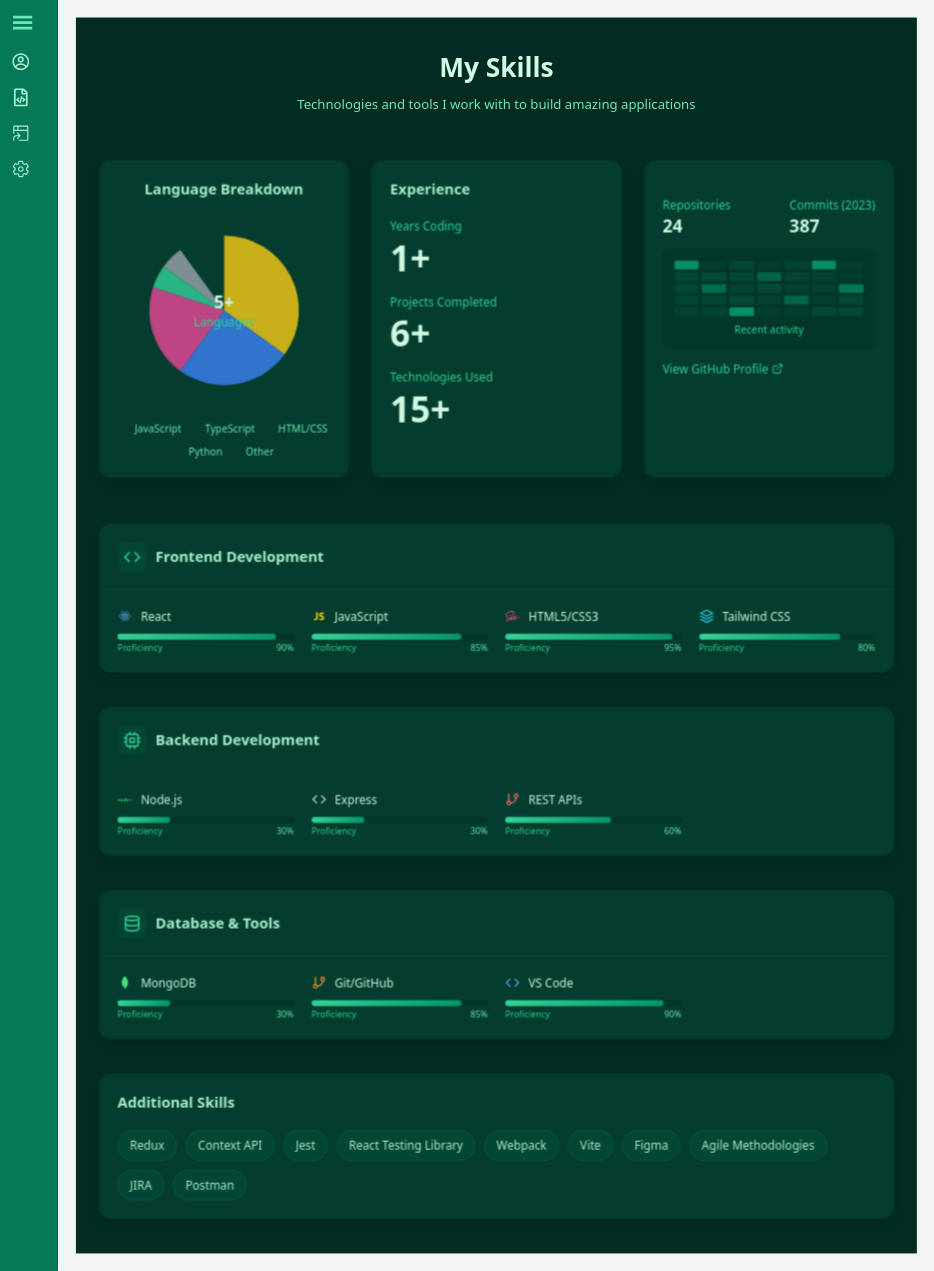
Repository: alizey12/DevLinker-Developer-Portfolio-Builder
Page: /dashboard/skills
An editor plug-in stored every save of this project. The page is shown before and after the next save, followed by the edit.
The browser window is 1280 px wide. The pictures show the whole page, at 73% of full size.
The project was rebuilt for these pictures with package versions that can differ from the ones it lists, and the page was loaded fresh each time. Also part of the build but not shown: vite.config.js, src/Pages/Login.jsx, src/Pages/Signup.jsx, src/Pages/Portfolio.jsx, src/Pages/Page404.jsx, src/Pages/Dashboard/Profile.jsx, src/Pages/Dashboard/Project.jsx, src/Pages/Dashboard/Setting.jsx and 1 more.

Above is the page before, as saved 2025-06-30 21:46:39.

### src/main.jsx
import { StrictMode } from 'react'

import { createRoot } from 'react-dom/client'
import './index.css'
import App from './App.jsx'
import { BrowserRouter } from 'react-router'

createRoot(document.getElementById('root')).render(
  <StrictMode>
  <BrowserRouter>
    <App />
    </BrowserRouter>
  </StrictMode>,
)

### src/App.jsx
import AppRoutes from "./Routes/AppRoutes";

function App() {
  return (
    <>
<AppRoutes />
    </>
  )
}

export default App

### src/Routes/AppRoutes.jsx
import React from 'react';
import { Routes, Route } from 'react-router';

import DashboardLayout from '../Components/Layout/DashboardLayout';
import Login from '../Pages/Login';
import Signup from '../Pages/Signup';
import Portfolio from '../Pages/Portfolio';
import Page404 from "../Pages/Page404";

import Profile from '../Pages/Dashboard/Profile';
import Skills from '../Pages/Dashboard/Skills';
import Projects from '../Pages/Dashboard/Project';
import Settings from '../Pages/Dashboard/Setting';
import Home from '../Pages/Home';

const AppRoutes = () => {
  return (
    <Routes>
      {/* Public Routes */}
      <Route path='/' element={<Home />} />
      <Route path='/login' element={<Login />} />
      <Route path='/signup' element={<Signup />} />
      <Route path='/portfolio/:username' element={<Portfolio />} />

      {/* Dashboard Routes */}
      <Route path='/dashboard' element={<DashboardLayout />}>
        <Route path="profile" element={<Profile />} />
        <Route path="skills" element={<Skills />} />
        <Route path="projects" element={<Projects />} />
        <Route path="settings" element={<Settings />} />
      </Route>

      {/* 404 Page */}
      <Route path='*' element={<Page404 />} />
    </Routes>
  );
};

export default AppRoutes;

### src/Components/Layout/DashboardLayout.jsx
import React from 'react'
import { Outlet } from 'react-router'
import Sidebar from '../Sidebar'

const DashboardLayout = () => {
  return (
    <div className="flex min-h-screen">
      {/* Sidebar on the left */}
      <Sidebar />

      {/* Main content */}
      <main className="flex-1 p-6 bg-gray-100">
        <Outlet />
      </main>
    </div>
  )
}

export default DashboardLayout

### src/Pages/Dashboard/Skills.jsx
import React from 'react';
import { FiCode, FiCpu, FiDatabase,FiExternalLink, FiLayers, FiGitBranch } from 'react-icons/fi';
import { DiReact, DiJavascript1, DiNodejs, DiMongodb, DiSass } from 'react-icons/di';

const Skills = () => {
  // Skill categories data
  const skillCategories = [
    {
      title: "Frontend Development",
      icon: <FiCode className="text-emerald-400" size={24} />,
      skills: [
        { name: "React", level: 90, icon: <DiReact className="text-blue-400" /> },
        { name: "JavaScript", level: 85, icon: <DiJavascript1 className="text-yellow-400" /> },
        { name: "HTML5/CSS3", level: 95, icon: <DiSass className="text-pink-500" /> },
        { name: "Tailwind CSS", level: 80, icon: <FiLayers className="text-cyan-400" /> }
      ]
    },
    {
      title: "Backend Development",
      icon: <FiCpu className="text-emerald-400" size={24} />,
      skills: [
        { name: "Node.js", level: 30, icon: <DiNodejs className="text-green-500" /> },
        { name: "Express", level: 30, icon: <FiCode className="text-gray-300" /> },
        { name: "REST APIs", level: 60, icon: <FiGitBranch className="text-red-400" /> }
      ]
    },
    {
      title: "Database & Tools",
      icon: <FiDatabase className="text-emerald-400" size={24} />,
      skills: [
        { name: "MongoDB", level: 30, icon: <DiMongodb className="text-green-400" /> },
        { name: "Git/GitHub", level: 85, icon: <FiGitBranch className="text-orange-400" /> },
        { name: "VS Code", level: 90, icon: <FiCode className="text-blue-400" /> }
      ]
    }
  ];

  // Languages/frameworks for radial chart
  const languages = [
    { name: "JavaScript", value: 35, color: "text-yellow-400" },
    { name: "TypeScript", value: 25, color: "text-blue-500" },
    { name: "HTML/CSS", value: 20, color: "text-pink-500" },
    { name: "Python", value: 5, color: "text-emerald-400" },
    { name: "Other", value: 5, color: "text-gray-400" }
  ];

  return (
    <div className="min-h-screen bg-emerald-950 py-12 px-4 sm:px-6 lg:px-8">
      <div className="max-w-7xl mx-auto">
        {/* Page Header */}
        <div className="text-center mb-16">
          <h1 className="text-4xl font-bold text-emerald-100 mb-4">My Skills</h1>
          <p className="text-lg text-emerald-300 max-w-3xl mx-auto">
            Technologies and tools I work with to build amazing applications
          </p>
        </div>

        {/* Skills Overview */}
        <div className="grid grid-cols-1 lg:grid-cols-3 gap-8 mb-16">
          {/* Radial Chart */}
          <div className="bg-emerald-900/50 backdrop-blur-sm rounded-2xl p-6 border border-emerald-800/50 shadow-lg flex flex-col items-center justify-center">
            <h2 className="text-xl font-bold text-emerald-200 mb-6">Language Breakdown</h2>
            <div className="relative w-64 h-64">
              <svg viewBox="0 0 100 100" className="w-full h-full">
                {languages.map((lang, i) => {
                  const angle = (lang.value / 100) * 360;
                  const startAngle = languages.slice(0, i).reduce((acc, l) => acc + (l.value / 100) * 360, 0);
                  return (
                    <path
                      key={lang.name}
                      d={describeArc(50, 50, 40, startAngle, startAngle + angle)}
                      fill="currentColor"
                      className={`${lang.color} opacity-80 hover:opacity-100 transition-opacity`}
                    />
                  );
                })}
              </svg>
              <div className="absolute inset-0 flex items-center justify-center">
                <div className="text-center">
                  <span className="text-2xl font-bold text-emerald-100">5+</span>
                  <p className="text-emerald-400">Languages</p>
                </div>
              </div>
            </div>
            <div className="flex flex-wrap justify-center gap-3 mt-6">
              {languages.map((lang) => (
                <div key={lang.name} className="flex items-center">
                  <div className={`w-3 h-3 rounded-full ${lang.color} mr-2`}></div>
                  <span className="text-sm text-emerald-300">{lang.name}</span>
                </div>
              ))}
            </div>
          </div>

          {/* Experience Stats */}
          <div className="bg-emerald-900/50 backdrop-blur-sm rounded-2xl p-6 border border-emerald-800/50 shadow-lg">
            <h2 className="text-xl font-bold text-emerald-200 mb-6">Experience</h2>
            <div className="space-y-6">
              <div>
                <h3 className="text-emerald-400 mb-2">Years Coding</h3>
                <div className="text-5xl font-bold text-emerald-100">1+</div>
              </div>
              <div>
                <h3 className="text-emerald-400 mb-2">Projects Completed</h3>
                <div className="text-5xl font-bold text-emerald-100">6+</div>
              </div>
              <div>
                <h3 className="text-emerald-400 mb-2">Technologies Used</h3>
                <div className="text-5xl font-bold text-emerald-100">15+</div>
              </div>
            </div>
          </div>

          {/* GitHub Stats */}
          <div className="bg-emerald-900/50 backdrop-blur-sm rounded-2xl p-6 border border-emerald-800/50 shadow-lg">
            <h2 className="text-xl font-bold text-emerald-200 mb-6"> </h2>
            <div className="flex items-center justify-between mb-4">
              <div>
                <h3 className="text-emerald-400">Repositories</h3>
                <div className="text-2xl font-bold text-emerald-100">24</div>
              </div>
              <div>
                <h3 className="text-emerald-400">Commits (2023)</h3>
                <div className="text-2xl font-bold text-emerald-100">387</div>
              </div>
            </div>
            <div className="bg-emerald-950/30 p-4 rounded-lg">
              <div className="grid grid-cols-7 gap-1">
                {Array.from({ length: 35 }).map((_, i) => (
                  <div
                    key={i}
                    className={`h-3 rounded-sm ${i % 5 === 0 ? 'bg-emerald-600' : 'bg-emerald-800/50'}`}
                    style={{ opacity: 0.3 + (Math.random() * 0.7) }}
                  />
                ))}
              </div>
              <p className="text-center text-sm text-emerald-400 mt-2">Recent activity</p>
            </div>
            <a
              href="#"
              className="inline-flex items-center mt-4 text-emerald-400 hover:text-emerald-300"
            >
              View GitHub Profile <FiExternalLink className="ml-1" />
            </a>
          </div>
        </div>

        {/* Skills by Category */}
        <div className="space-y-12">
          {skillCategories.map((category, index) => (
            <div key={index} className="bg-emerald-900/50 backdrop-blur-sm rounded-2xl overflow-hidden shadow-lg border border-emerald-800/50">
              <div className="p-6 border-b border-emerald-800/50 flex items-center">
                <div className="mr-3 p-2 bg-emerald-800/30 rounded-lg">
                  {category.icon}
                </div>
                <h2 className="text-xl font-bold text-emerald-200">{category.title}</h2>
              </div>
              <div className="p-6 grid grid-cols-1 md:grid-cols-2 lg:grid-cols-4 gap-6">
                {category.skills.map((skill, i) => (
                  <div key={i} className="group">
                    <div className="flex items-center mb-3">
                      <div className="mr-3 text-xl">
                        {skill.icon}
                      </div>
                      <h3 className="font-medium text-emerald-100">{skill.name}</h3>
                    </div>
                    <div className="w-full bg-emerald-950/30 h-2 rounded-full">
                      <div
                        className="bg-gradient-to-r from-emerald-400 to-emerald-600 h-2 rounded-full transition-all duration-1000 ease-out"
                        style={{ width: `${skill.level}%` }}
                      ></div>
                    </div>
                    <div className="flex justify-between mt-1">
                      <span className="text-xs text-emerald-400">Proficiency</span>
                      <span className="text-xs font-medium text-emerald-300">{skill.level}%</span>
                    </div>
                  </div>
                ))}
              </div>
            </div>
          ))}
        </div>

        {/* Additional Skills */}
        <div className="mt-12 bg-emerald-900/50 backdrop-blur-sm rounded-2xl p-6 border border-emerald-800/50 shadow-lg">
          <h2 className="text-xl font-bold text-emerald-200 mb-6">Additional Skills</h2>
          <div className="flex flex-wrap gap-3">
            {['Redux', 'Context API', 'Jest', 'React Testing Library', 'Webpack', 'Vite', 'Figma', 'Agile Methodologies', 'JIRA', 'Postman'].map((skill) => (
              <span
                key={skill}
                className="px-4 py-2 bg-emerald-800/30 text-emerald-200 rounded-full border border-emerald-700/50 hover:bg-emerald-700/50 transition-colors"
              >
                {skill}
              </span>
            ))}
          </div>
        </div>
      </div>
    </div>
  );
};

// Helper function for radial chart
function describeArc(x, y, radius, startAngle, endAngle) {
  const start = polarToCartesian(x, y, radius, endAngle);
  const end = polarToCartesian(x, y, radius, startAngle);
  const largeArcFlag = endAngle - startAngle <= 180 ? "0" : "1";
  return [
    "M", x, y,
    "L", start.x, start.y,
    "A", radius, radius, 0, largeArcFlag, 0, end.x, end.y,
    "Z"
  ].join(" ");
}

function polarToCartesian(x, y, radius, angleInDegrees) {
  const angleInRadians = (angleInDegrees - 90) * Math.PI / 180.0;
  return {
    x: x + (radius * Math.cos(angleInRadians)),
    y: y + (radius * Math.sin(angleInRadians))
  };
}

export default Skills;

### src/Components/Sidebar.jsx
import React, { useState } from 'react';
import { NavLink } from 'react-router';
import { CgProfile } from "react-icons/cg";
import { FaRegFileCode } from "react-icons/fa";
import { GoProjectSymlink } from "react-icons/go";
import { IoSettingsOutline } from "react-icons/io5";
import { GiHamburgerMenu } from "react-icons/gi";

const Sidebar = () => {
  const [isCollapsed, setIsCollapsed] = useState(true);

  function handleSideToggle() {
    setIsCollapsed(!isCollapsed);
  }

  return (
    <div>
      <aside className={`${isCollapsed ? 'w-20' : 'w-64'} h-full bg-emerald-900/70 hover:bg-emerald-700 text-white p-4 transition-all duration-300 border-r border-emerald-900/70 backdrop-blur`}>
        <button onClick={handleSideToggle} className="text-emerald-300 hover:text-emerald-400">
          <GiHamburgerMenu size={30} />
        </button>

        <ul className="space-y-6 my-5">
          <li>
            <NavLink
              to="profile"
              className="flex items-center text-emerald-200 hover:text-emerald-400"
              activeClassName="text-emerald-400"
            >
              <CgProfile size={25} />
              {!isCollapsed && <span className="ml-3 font-semibold text-lg">Profile</span>}
            </NavLink>
          </li>

          <li>
            <NavLink
              to="skills"
              className="flex items-center text-emerald-200 hover:text-emerald-400"
              activeClassName="text-emerald-400"
            >
              <FaRegFileCode size={25} />
              {!isCollapsed && <span className="ml-3 font-semibold text-lg">Skills</span>}
            </NavLink>
          </li>

          <li>
            <NavLink
              to="projects"
              className="flex items-center text-emerald-200 hover:text-emerald-400"
              activeClassName="text-emerald-400"
            >
              <GoProjectSymlink size={25} />
              {!isCollapsed && <span className="ml-3 font-semibold text-lg">Projects</span>}
            </NavLink>
          </li>

          <li>
            <NavLink
              to="settings"
              className="flex items-center text-emerald-200 hover:text-emerald-400"
              activeClassName="text-emerald-400"
            >
              <IoSettingsOutline size={25} />
              {!isCollapsed && <span className="ml-3 font-semibold text-lg">Settings</span>}
            </NavLink>
          </li>
        </ul>
      </aside>
    </div>
  );
};

export default Sidebar;

Loaded but not shown: index.html (common file); src/index.css (common file); tailwind.config.js (common file)

After the next save:
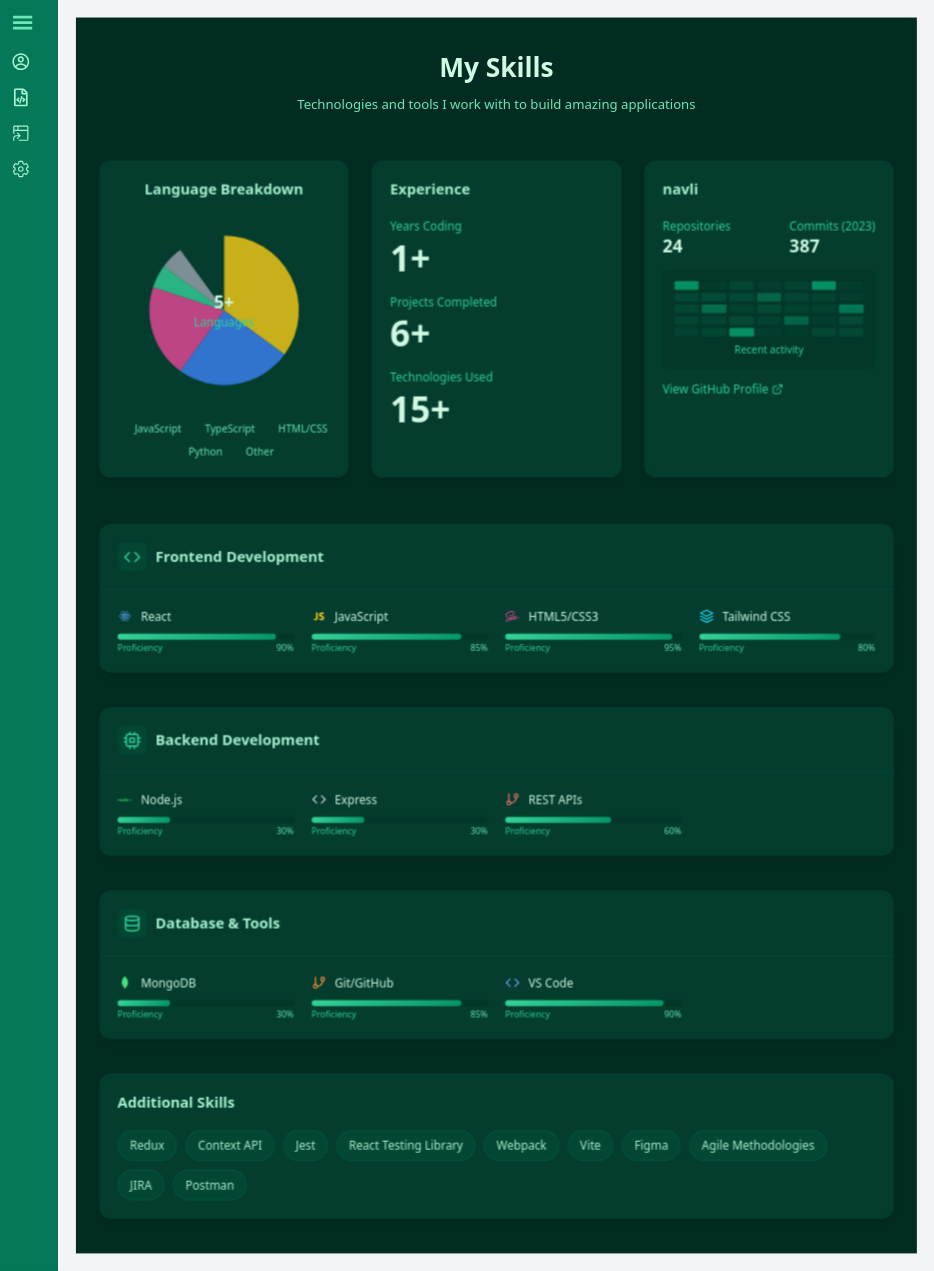
Saved 4 s later.
--- a/src/Pages/Dashboard/Skills.jsx
+++ b/src/Pages/Dashboard/Skills.jsx
@@ -113,7 +113,7 @@
 
           {/* GitHub Stats */}
           <div className="bg-emerald-900/50 backdrop-blur-sm rounded-2xl p-6 border border-emerald-800/50 shadow-lg">
-            <h2 className="text-xl font-bold text-emerald-200 mb-6"> </h2>
+            <h2 className="text-xl font-bold text-emerald-200 mb-6">navli </h2>
             <div className="flex items-center justify-between mb-4">
               <div>
                 <h3 className="text-emerald-400">Repositories</h3>
